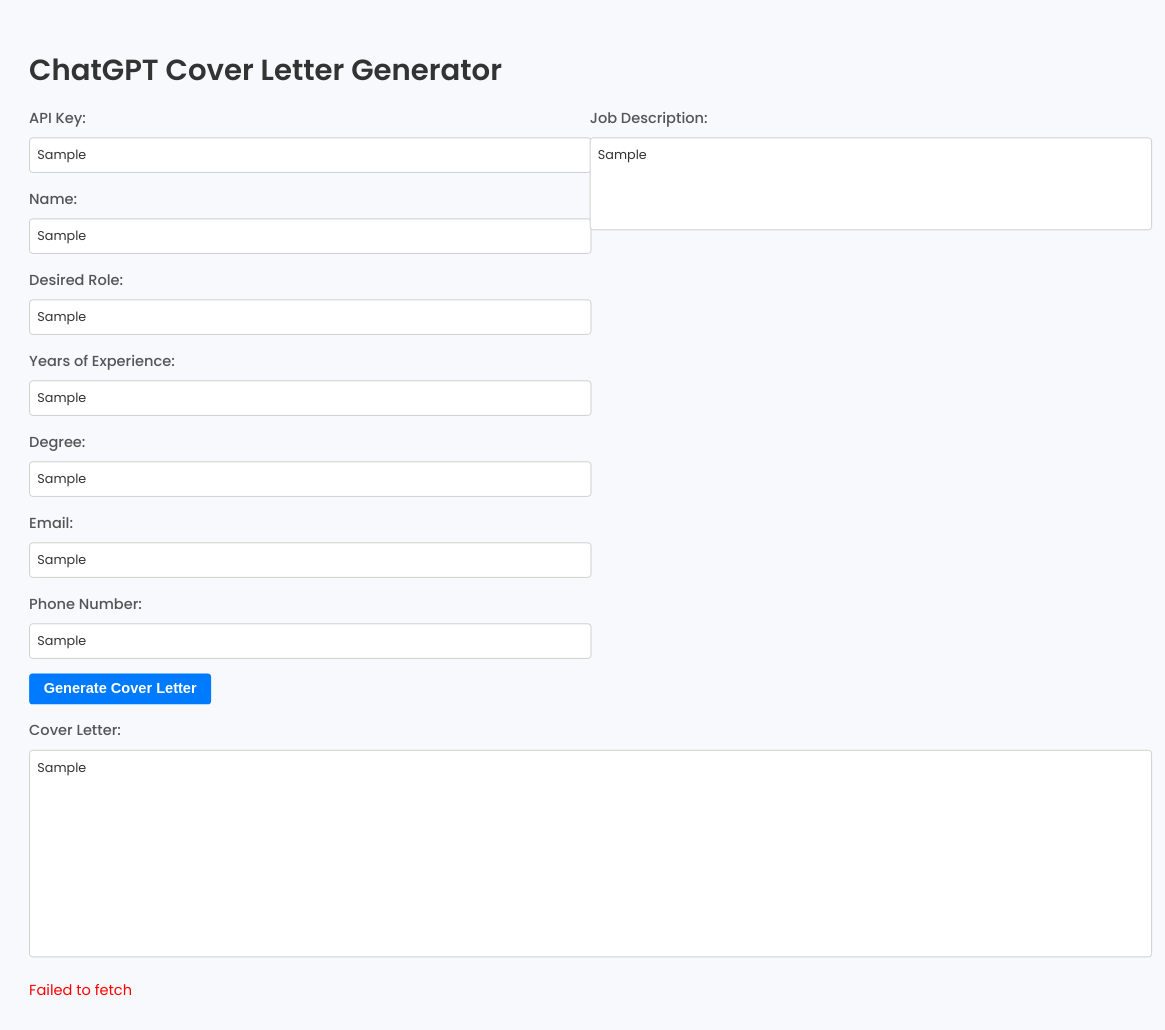
Repository: fechinmitchell/MFM
Page: popup.html
An editor plug-in stored every save of this project. The page is shown before and after the next save, followed by the edit.
The browser window is 1280 px wide. The pictures show the whole page, at 91% of full size.
Empty fields were first filled with sample values (such as "Sample", 5 or name@example.com).
After loading, the first visible `#generateBtn` was clicked once.
The page's requests for data from a server got no answer.

Above is the page before, as saved 2023-07-02 19:46:51.

### popup.html
<!DOCTYPE html>
<html lang="en">
<head>
  <meta charset="UTF-8">
  <meta name="viewport" content="width=device-width, initial-scale=1.0">
  <title>ChatGPT Cover Letter Generator</title>
  <link href="https://fonts.googleapis.com/css?family=Poppins:300,400,500,600,700" rel="stylesheet">
  <style>
    body {
      font-family: 'Poppins', Arial, sans-serif;
      margin: 0;
      padding: 2rem;
      background-color: #f7f9fc;
    }
    h1, h2 {
      font-weight: 600;
      margin-bottom: 1rem;
      color: #333;
    }
    .form-container {
      display: grid;
      grid-template-columns: repeat(auto-fit, minmax(300px, 1fr));
      gap: 1rem;
    }
    label {
      display: block;
      margin-bottom: 0.25rem;
      font-weight: 500;
      color: #555;
    }
    input,
    textarea {
      width: 100%;
      margin-top: 5px;
      margin-bottom: 1rem;
      padding: 0.5rem;
      border: 1px solid #ccc;
      border-radius: 4px;
      font-family: 'Poppins', Arial, sans-serif;
      font-size: 14px;
      font-weight: 400;
      color: #333;
      resize: none;
    }
    input:focus,
    textarea:focus {
      outline: none;
      border: 1px solid #007bff;
    }
    button {
      background-color: #007bff;
      border: none;
      color: white;
      padding: 0.5rem 1rem;
      text-align: center;
      text-decoration: none;
      display: inline-block;
      font-size: 16px;
      font-weight: 600;
      margin: 0 0 1rem;
      cursor: pointer;
      border-radius: 4px;
      transition: background-color 0.3s;
    }
    button:hover {
      background-color: #0056b3;
    }

  </style>
</head>
<body>
  <h1>ChatGPT Cover Letter Generator</h1>

  <div class="form-container">
    <div>
      <label for="apiKey">API Key:</label>
      <input type="text" id="apiKey" placeholder="Enter your OpenAI API Key">

      <label for="name">Name:</label>
      <input type="text" id="name" placeholder="Your Name">

      <label for="desiredRole">Desired Role:</label>
      <input type="text" id="desiredRole" placeholder="Desired Role">

      <label for="yearsExperience">Years of Experience:</label>
      <input type="text" id="yearsExperience" placeholder="Years of Experience">

      <label for="degree">Degree:</label>
      <input type="text" id="degree" placeholder="Degree">

      <label for="email">Email:</label>
      <input type="text" id="email" placeholder="Email">

      <label for="phoneNumber">Phone Number:</label>
      <input type="text" id="phoneNumber" placeholder="Phone Number">
    </div>
    <div>
      <label for="jobDescription">Job Description:</label>
      <textarea id="jobDescription" rows="4" cols="50" placeholder="Enter the Job Description"></textarea>
    </div>
  </div>

  <button id="generateBtn">Generate Cover Letter</button>

  <label for="coverLetter">Cover Letter:</label>
  <textarea id="coverLetter" rows="10" cols="50"></textarea>

  <div id="loading" style="display: none;">
    <p>Loading...</p>
  </div>

  <div id="error" style="display: none; color: red;"></div>

  <script src="popup.js"></script>
</body>
</html>

### popup.js
document.addEventListener("DOMContentLoaded", () => {
  const generateBtn = document.getElementById("generateBtn");
  const apiKeyInput = document.getElementById("apiKey");
  const nameInput = document.getElementById("name");
  const desiredRoleInput = document.getElementById("desiredRole");
  const yearsExperienceInput = document.getElementById("yearsExperience");
  const degreeInput = document.getElementById("degree");
  const emailInput = document.getElementById("email");
  const phoneNumberInput = document.getElementById("phoneNumber");
  const jobDescription = document.getElementById("jobDescription");
  const coverLetter = document.getElementById("coverLetter");
  const loading = document.getElementById("loading");
  const error = document.getElementById("error");

  // Load saved data from localStorage
  apiKeyInput.value = localStorage.getItem('apiKey') || '';
  nameInput.value = localStorage.getItem('name') || '';
  desiredRoleInput.value = localStorage.getItem('desiredRole') || '';
  yearsExperienceInput.value = localStorage.getItem('yearsExperience') || '';
  degreeInput.value = localStorage.getItem('degree') || '';
  emailInput.value = localStorage.getItem('email') || '';
  phoneNumberInput.value = localStorage.getItem('phoneNumber') || '';
  jobDescription.value = localStorage.getItem('jobDescription') || '';

  let response;

  function sanitizeInput(input) {
    // This is a very simple sanitization function that removes anything that isn't a letter, number, space, or common punctuation
    // You may want to adjust this to suit your needs
    return input.replace(/[^a-z0-9 ,.!?]/gi, '');
  }

  generateBtn.addEventListener("click", async () => {
    try {
      loading.style.display = "block";
      error.style.display = "none";

      const apiKey = sanitizeInput(apiKeyInput.value);
      const name = sanitizeInput(nameInput.value);
      const desiredRole = sanitizeInput(desiredRoleInput.value);
      const yearsExperience = sanitizeInput(yearsExperienceInput.value);
      const degree = sanitizeInput(degreeInput.value);
      const email = sanitizeInput(emailInput.value);
      const phoneNumber = sanitizeInput(phoneNumberInput.value);
      const description = sanitizeInput(jobDescription.value);

      // Save data to localStorage
      localStorage.setItem('apiKey', apiKey);
      localStorage.setItem('name', name);
      localStorage.setItem('desiredRole', desiredRole);
      localStorage.setItem('yearsExperience', yearsExperience);
      localStorage.setItem('degree', degree);
      localStorage.setItem('email', email);
      localStorage.setItem('phoneNumber', phoneNumber);
      localStorage.setItem('jobDescription', description);

      const messages = [
        {
          'role': 'system',
          'content': 'You are a helpful assistant.'
        },
        {
          'role': 'user',
          'content': `Generate a professional cover letter for a job application based on the following information in about 300 words please:
          Name: ${name}
          Desired Role: ${desiredRole}
          Years of Experience: ${yearsExperience}
          Degree: ${degree}
          Email: ${email}
          Phone Number: ${phoneNumber}
          Job Description: ${description}`
        }
      ];

      const prompt = {
        'messages': messages
      };

      const data = {
        'apiKey': apiKey,
        'prompt': JSON.stringify(prompt),
        'maxTokens': 500,
        'temperature': 0.5,
        'topP': 1
      };

      response = await fetch("https://api.openai.com/v1/engines/davinci-codex/completions", {
        method: "POST",
        headers: {
          'Content-Type': 'application/json'
        },
        body: JSON.stringify(data)
      });

      if (!response.ok) {
        throw new Error(`HTTP error! status: ${response.status}`);
      } else {
        response = await response.json();
        coverLetter.value = response.choices[0].message.content;
        loading.style.display = "none";
      }

    } catch(e) {
      loading.style.display = "none";
      error.style.display = "block";
      error.textContent = e.message || 'An unexpected error occurred.';
    }
  });
});

After the next save:
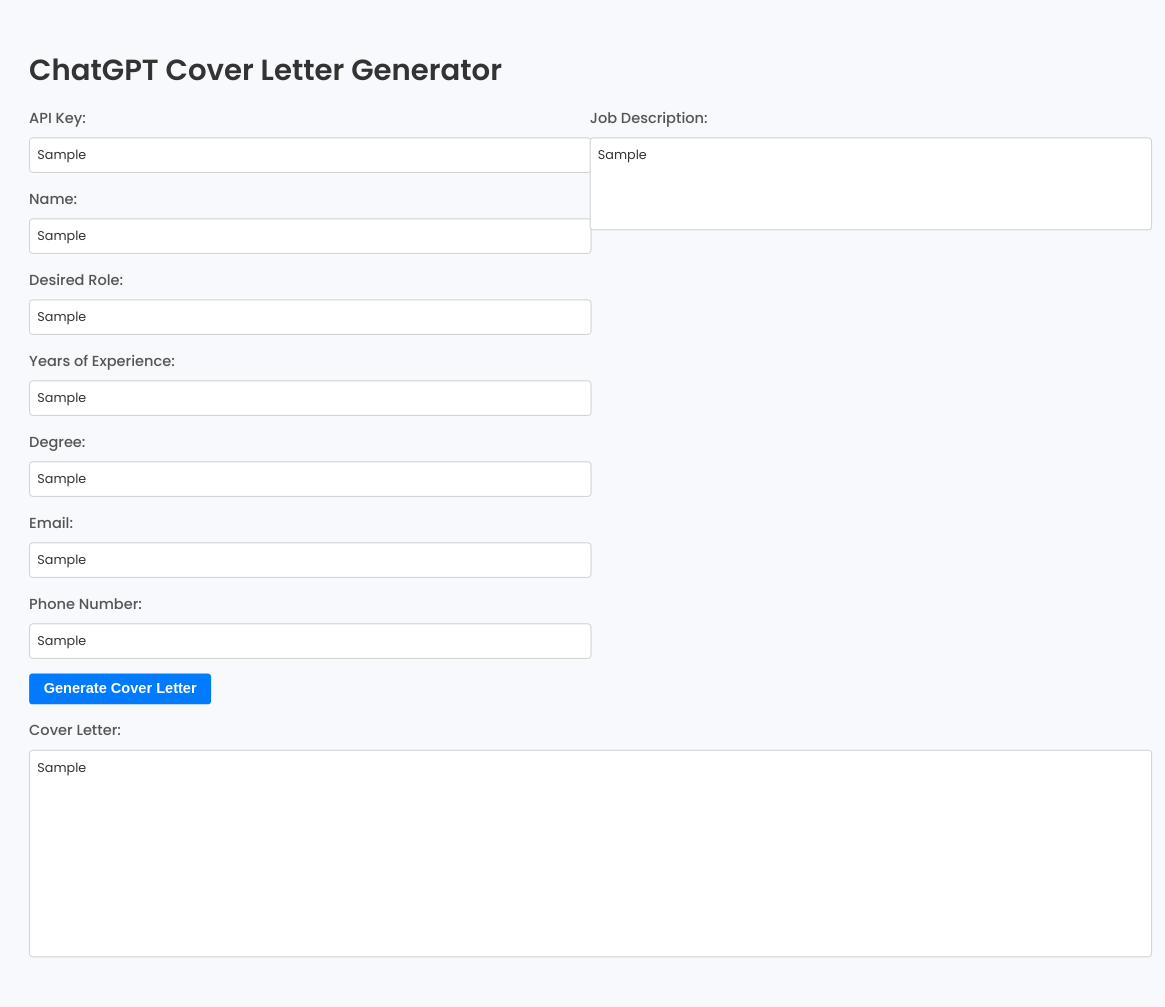
Console error: TypeError: Cannot read properties of null (reading 'style')
Saved 5 min 11 s later.
--- a/popup.js
+++ b/popup.js
@@ -11,6 +11,7 @@
   const coverLetter = document.getElementById("coverLetter");
   const loading = document.getElementById("loading");
   const error = document.getElementById("error");
+  const loadingBar = document.getElementById("loadingBar");
 
   // Load saved data from localStorage
   apiKeyInput.value = localStorage.getItem('apiKey') || '';
@@ -24,25 +25,20 @@
 
   let response;
 
-  function sanitizeInput(input) {
-    // This is a very simple sanitization function that removes anything that isn't a letter, number, space, or common punctuation
-    // You may want to adjust this to suit your needs
-    return input.replace(/[^a-z0-9 ,.!?]/gi, '');
-  }
-
   generateBtn.addEventListener("click", async () => {
     try {
       loading.style.display = "block";
+      loadingBar.style.display = "block"; // Show the loading bar
       error.style.display = "none";
 
-      const apiKey = sanitizeInput(apiKeyInput.value);
-      const name = sanitizeInput(nameInput.value);
-      const desiredRole = sanitizeInput(desiredRoleInput.value);
-      const yearsExperience = sanitizeInput(yearsExperienceInput.value);
-      const degree = sanitizeInput(degreeInput.value);
-      const email = sanitizeInput(emailInput.value);
-      const phoneNumber = sanitizeInput(phoneNumberInput.value);
-      const description = sanitizeInput(jobDescription.value);
+      const apiKey = apiKeyInput.value;
+      const name = nameInput.value;
+      const desiredRole = desiredRoleInput.value;
+      const yearsExperience = yearsExperienceInput.value;
+      const degree = degreeInput.value;
+      const email = emailInput.value;
+      const phoneNumber = phoneNumberInput.value;
+      const description = jobDescription.value;
 
       // Save data to localStorage
       localStorage.setItem('apiKey', apiKey);
@@ -68,42 +64,66 @@
           Degree: ${degree}
           Email: ${email}
           Phone Number: ${phoneNumber}
-          Job Description: ${description}`
+
+          Job Description:
+          ${description}`
         }
       ];
 
-      const prompt = {
-        'messages': messages
-      };
-
-      const data = {
-        'apiKey': apiKey,
-        'prompt': JSON.stringify(prompt),
-        'maxTokens': 500,
-        'temperature': 0.5,
-        'topP': 1
-      };
-
-      response = await fetch("https://api.openai.com/v1/engines/davinci-codex/completions", {
+      response = await fetch("https://api.openai.com/v1/chat/completions", {
         method: "POST",
         headers: {
-          'Content-Type': 'application/json'
+          "Content-Type": "application/json",
+          "Authorization": `Bearer ${apiKey}`
         },
-        body: JSON.stringify(data)
+        body: JSON.stringify({
+          'model': 'gpt-3.5-turbo',
+          'messages': messages,
+          'max_tokens': 500,
+          'n': 1,
+          'temperature': 0.5
+        })
       });
 
       if (!response.ok) {
-        throw new Error(`HTTP error! status: ${response.status}`);
-      } else {
-        response = await response.json();
-        coverLetter.value = response.choices[0].message.content;
-        loading.style.display = "none";
+        if (response.status === 401) {
+          throw new Error("Invalid API key");
+        } else {
+          throw new Error(`Error generating cover letter (status: ${response.status}, statusText: ${response.statusText})`);
+        }
       }
 
-    } catch(e) {
+      const data = await response.json();
+      const generatedText = data['choices'][0]['message']['content'];
+      coverLetter.value = generatedText;
+
+      // Animate the loading bar
+      let width = 1;
+      const animate = setInterval(() => {
+        if (width >= 100) {
+          clearInterval(animate);
+        } else {
+          width++;
+          progress.style.width = width + '%';
+        }
+      }, 100);
+
+    } catch (e) {
+      clearInterval(animate); // Stop animating the loading bar if an error occurs
+      console.error(e);
+
+      if (e.message === "Invalid API key") {
+        error.innerText = "Error generating cover letter. Invalid API key. Please check your API key and try again.";
+      } else if (e.message === "Error generating cover letter") {
+        error.innerText = `Error generating cover letter (status: ${response && response.status}, statusText: ${response && response.statusText}). Please check your API key and try again.`;
+      } else {
+        error.innerText = "An unexpected error occurred. Please try again.";
+      }
+      error.style.display = "block";
+    } finally {
       loading.style.display = "none";
-      error.style.display = "block";
-      error.textContent = e.message || 'An unexpected error occurred.';
+      loadingBar.style.display = "none"; // Hide the loading bar
+      progress.style.width = '1%'; // Reset the loading bar
     }
   });
 });
